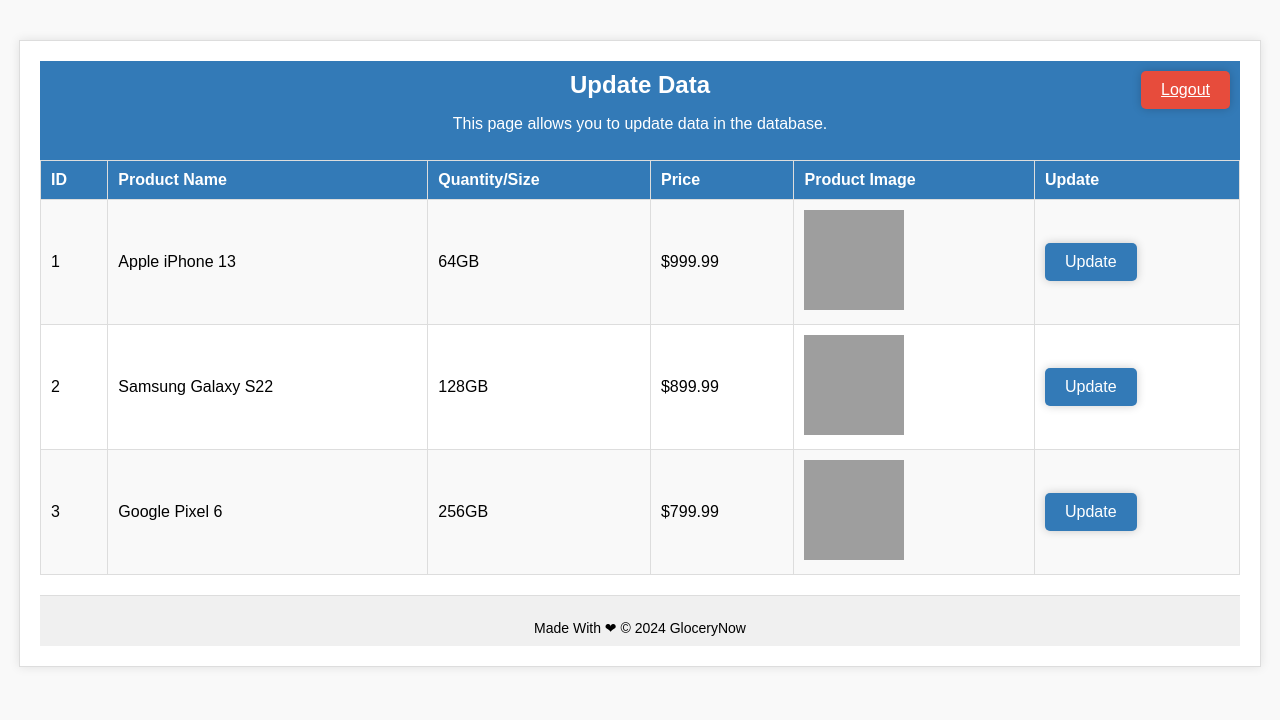
Repository: shamchiwade/GroceryNow
Page: http://localhost/ShopManagement/updateData.jsp
These files come from the project's save history. The page is drawn as it stood at one moment and after the next save; the edit follows.
The browser window is 1280 px wide. The pictures show the whole page.
Pictures or frames that could not be fetched are drawn as grey boxes. The page is served by Tomcat 10. Nobody is signed in. The application's start-up code is not run. Other server files are loaded and not shown.

Above is the page before, as saved 2024-10-07 19:48:40.

### ShopManagement/src/main/webapp/updateData.jsp
<!-- updateData.jsp -->

<%@ page language="java" contentType="text/html; charset=UTF-8"
    pageEncoding="UTF-8"%>
<!DOCTYPE html>
<html>
<head>
    <title>Update Data</title>
    <style>
        body {
            font-family: Arial, sans-serif;
            margin: 0;
            padding: 0;
            background-color: #f9f9f9;
        }

        .admin-container {
            max-width: 1200px;
            margin: 40px auto;
            padding: 20px;
            background-color: #fff;
            border: 1px solid #ddd;
            box-shadow: 0 0 10px rgba(0, 0, 0, 0.1);
        }

        .admin-header {
            background-color: #337ab7;
            color: #fff;
            padding: 10px;
            text-align: center;
            border-bottom: 1px solid #337ab7;
            position: relative;
        }

        .admin-header h1 {
            margin-top: 0;
            font-size: 24px;
        }

        .logout-button {
            position: absolute;
            top: 10px;
            right: 10px;
            background-color: #e74c3c;
            color: #fff;
            padding: 10px 20px;
            border: none;
            font-size: 16px;
            cursor: pointer;
            border-radius: 5px;
            box-shadow: 0 0 10px rgba(0, 0, 0, 0.2);
        }

        .logout-button:hover {
            background-color: #c0392b;
        }

        .data-table {
            width: 100%;
            border-collapse: collapse;
            margin-bottom: 20px;
        }

        .data-table th, .data-table td {
            border: 1px solid #ddd;
            padding: 10px;
            text-align: left;
        }

        .data-table th {
            background-color: #337ab7;
            color: #fff;
        }

        .data-table tr:nth-child(even) {
            background-color: #f9f9f9;
        }

        .data-table tr:hover {
            background-color: #f2f2f2;
        }

        .update-button {
            background-color: #337ab7;
            color: #fff;
            padding: 10px 20px;
            border: none;
            font-size: 16px;
            cursor: pointer;
            border-radius: 5px;
            box-shadow: 0 0 10px rgba(0, 0, 0, 0.2);
        }

        .update-button:hover {
            background-color: #23527c;
        }

        .admin-footer {
            background-color: #f0f0f0;
            padding: 10px;
            text-align: center;
            clear: both;
            border-top: 1px solid #ddd;
        }

        .admin-footer p {
            margin-bottom: 0;
            font-size: 14px;
        }
    </style>
</head>
<body>
    <div class="admin-container">
        <div class="admin-header">
            <h1>Update Data</h1>
            <p>This page allows you to update data in the database.</p>
            <a href="logout.jsp" class="logout-button">Logout</a>
        </div>
        <table class="data-table">
            <tr>
                <th>ID</th>
                <th>Product Name</th>
                <th>Quantity/Size</th>
                <th>Price</th>
                <th>Product Image</th>
                <th>Update</th>
            </tr>
            <tr>
                <td>1</td>
                <td>Apple iPhone 13</td>
                <td>64GB</td>
                <td>$999.99</td>
                <td><img src="https://example.com/iphone13.jpg" width="100" height="100"></td>
                <td><button class="update-button">Update</button></td>
            </tr>
            <tr>
                <td>2</td>
                <td>Samsung Galaxy S22</td>
                <td>128GB</td>
                <td>$899.99</td>
                <td><img src="https://example.com/galaxys22.jpg" width="100" height="100"></td>
                <td><button class="update-button">Update</button></td>
            </tr>
            <tr>
                <td>3</td>
                <td>Google Pixel 6</td>
                <td>256GB</td>
                <td>$799.99</td>
                <td><img src="https://example.com/pixel6.jpg" width="100" height="100"></td>
                <td><button class="update-button">Update</button></td>
            </tr>
        </table>
        <div class="admin-footer">
            <p>Made With ❤ &copy; 2024 GloceryNow</p>
        </div>
    </div>
</body>
</html>

After the next save:
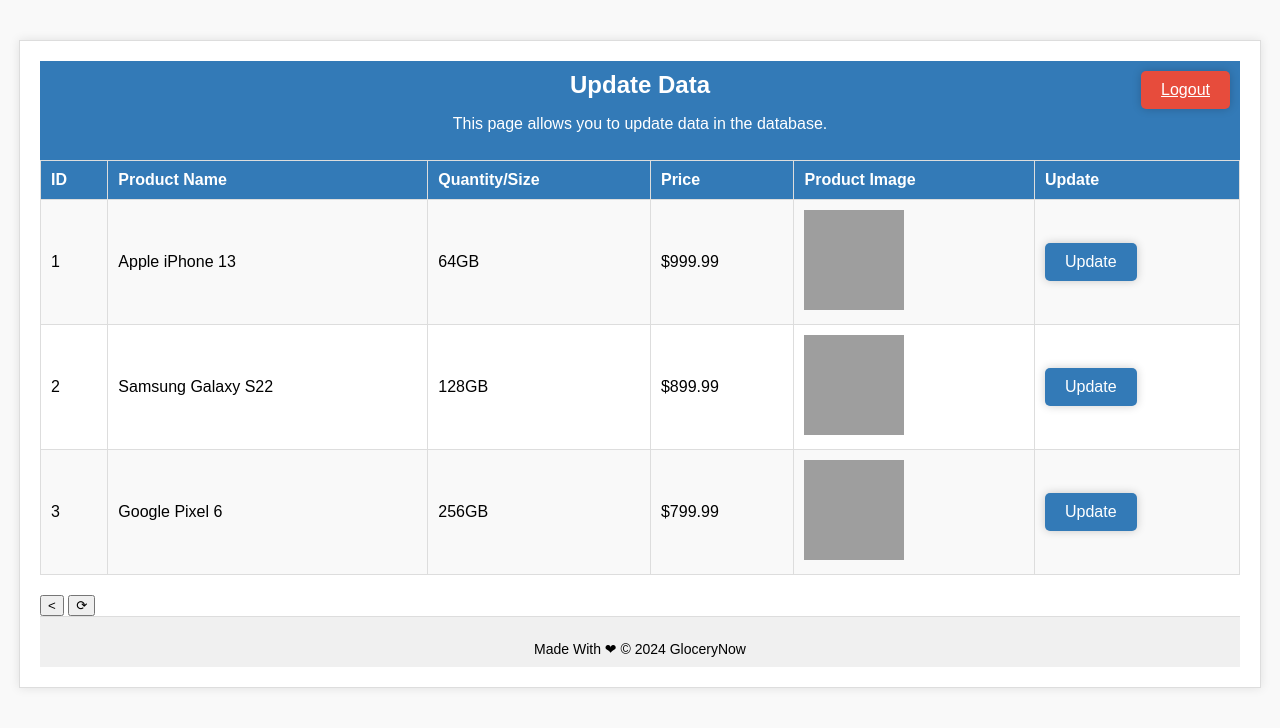
Saved 21 s later.
--- a/ShopManagement/src/main/webapp/updateData.jsp
+++ b/ShopManagement/src/main/webapp/updateData.jsp
@@ -150,6 +150,11 @@
                 <td><button class="update-button">Update</button></td>
             </tr>
         </table>
+
+
+		<button class="btn" onclick="location.href='adminHome.jsp'"><%="<"%></button>
+		<button class="btn" onclick="location.href='updateData.jsp'">&#10227;</button>
+
         <div class="admin-footer">
             <p>Made With ❤ &copy; 2024 GloceryNow</p>
         </div>
